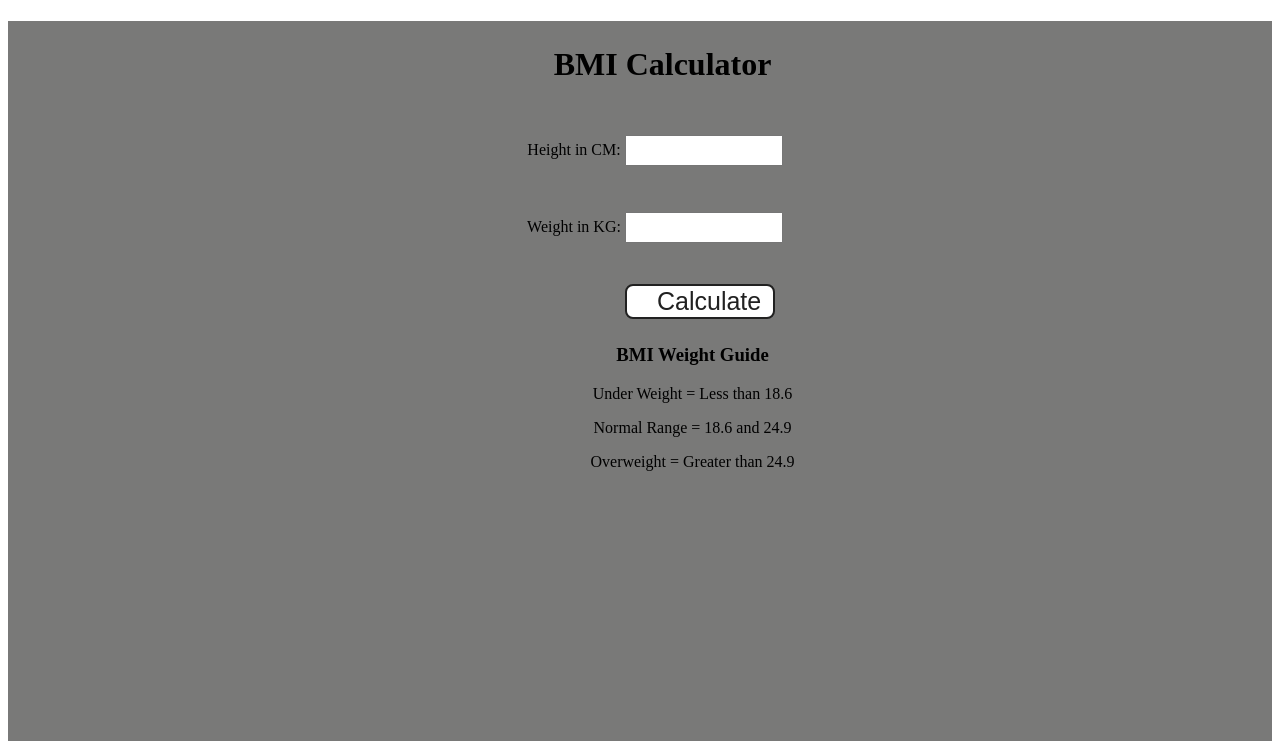
Repository: VishwaGoswami1407/JavaScript-Practice
Page: 07_projects/project2.html
The author's editor kept a copy of each file at every save. The page is drawn from the files as they stood at one save, then again after the next save.
The browser window is 1280 px wide. The pictures show the whole page.

Above is the page before, as saved 2024-07-07 18:56:36.

### 07_projects/project2.html
<!DOCTYPE html>
<html lang="en">
  <head>
    <meta charset="UTF-8" />
    <meta name="viewport" content="width=device-width, initial-scale=1.0" />
    <meta http-equiv="X-UA-Compatible" content="ie=edge" />
    <link rel="stylesheet" href="style2.css" />

    <title>BMI Calculator</title>
  </head>
  <body>
    <div class="container">
      <h1>BMI Calculator</h1>
      <form>
        <p><label>Height in CM: </label><input type="text" id="height" /></p>
        <p><label>Weight in KG: </label><input type="text" id="weight" /></p>
        <button>Calculate</button>
        <div id="results"></div>
        <div id="weight-guide">
          <h3>BMI Weight Guide</h3>
          <p>Under Weight = Less than 18.6</p>
          <p>Normal Range = 18.6 and 24.9</p>
          <p>Overweight = Greater than 24.9</p>
        </div>
      </form>
    </div>
  </body>
  <script src="project2.js"></script>
</html>

### 07_projects/style2.css
.container {

    height: 100vh;
    text-align: center;
    background-color: #797978;
    padding-left: 30px;
  }
  #height,
  #weight {
    width: 150px;
    height: 25px;
    margin-top: 30px;
    /* align-items: center; */
  }

  #weight-guide {
    margin-left: 75px;
    margin-top: 25px;
  }

  #results {
    font-size: 35px;
    margin-left: 90px;
    margin-top: 20px;
    color: rgb(241, 241, 241);
  }

  button {
    width: 150px;
    height: 35px;
    margin-left: 90px;
    margin-top: 25px;
    background-color: #fff;
    padding: 1px 30px;
    border-radius: 8px;
    color: #212121;
    text-decoration: none;
    border: 2px solid #212121;

    font-size: 25px;
  }

  h1 {
    padding-left: 15px;
    padding-top: 25px;

  }

### 07_projects/project2.js
const form = document.querySelector('form')

//this usecase will give empty values in form elements
// const height = parseInt(document.querySelector('#height').value)
form.addEventListener('submit', function(e){
    e.preventDefault()
  const height = parseInt(document.querySelector('#height').value)
  const weight = parseInt(document.querySelector('#weight').value)
  const results = document.querySelector('#results')

  if(height === '' || height < 0 || isNaN(height)){
    results.innerHTML = `please give a valid height ${height}`
  }else if(weight === '' || weight < 0 || isNaN(weight)){
    results.innerHTML = `please give a valid weight ${weight}`
  }else {
    const bmi = (weight / ((height*height)/1000)).toFixed(2)
    //show the result
    results.innerHTML = `<span>${bmi}</span>`
  }



});

After the next save:
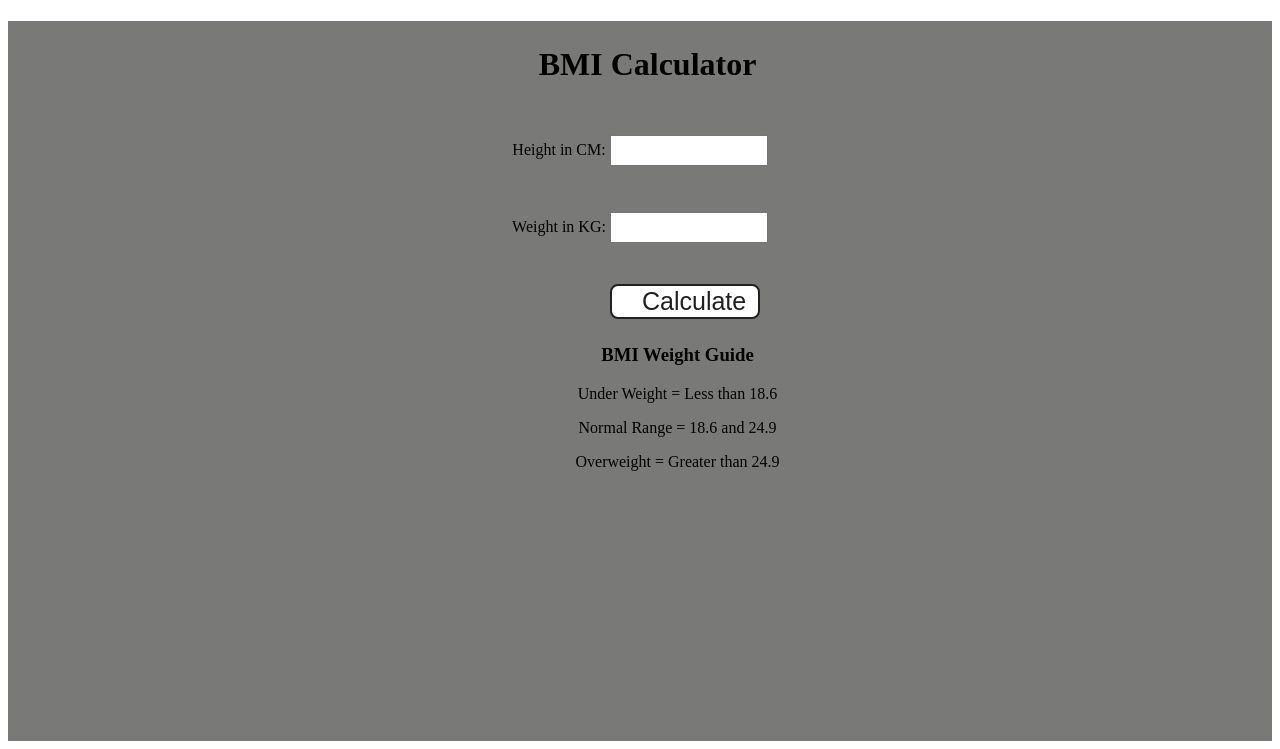
Saved 20 s later.
--- a/07_projects/style2.css
+++ b/07_projects/style2.css
@@ -3,7 +3,7 @@
     height: 100vh;
     text-align: center;
     background-color: #797978;
-    padding-left: 30px;
+    /* padding-left: 30px; */
   }
   #height,
   #weight {

After the save that followed:
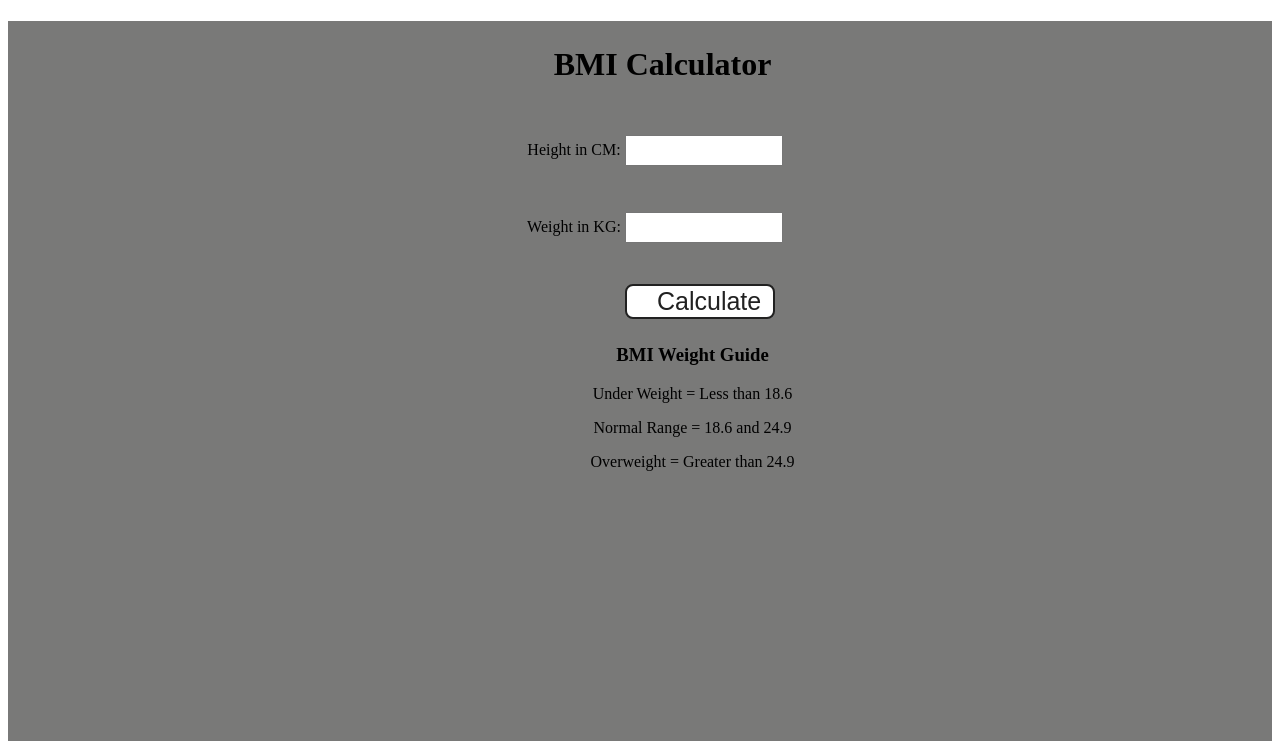
Saved 19 s later.
--- a/07_projects/style2.css
+++ b/07_projects/style2.css
@@ -3,7 +3,7 @@
     height: 100vh;
     text-align: center;
     background-color: #797978;
-    /* padding-left: 30px; */
+    padding-left: 30px;
   }
   #height,
   #weight {
